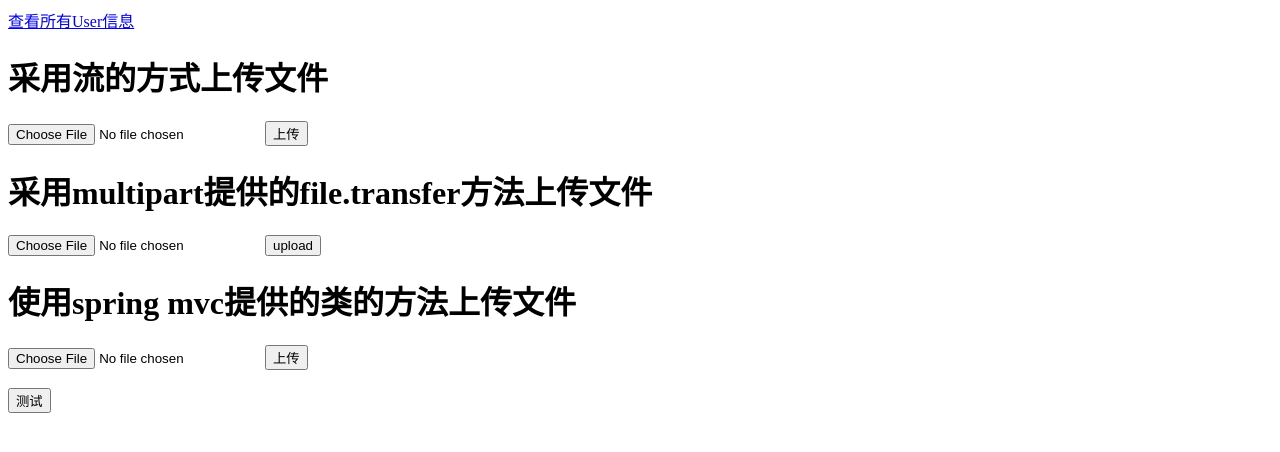
Repository: gongzheng-java/ProjectExample
Page: http://localhost/SpringMVC/
The author's editor kept a copy of each file at every save. The page is drawn from the files as they stood at one save, then again after the next save.
The browser window is 1280 px wide. The pictures show the whole page.
The page is served by Tomcat 9. Nobody is signed in. The application's start-up code is not run. Other server files are loaded and not shown.

Above is the page before, as saved 2019-03-03 03:25:34.

### Mybatis&springMVC Space/SpringMVC/WebRoot/index.jsp
<%@ page language="java" contentType="text/html; charset=utf-8"
    pageEncoding="UTF-8"%>
<!DOCTYPE html PUBLIC "-//W3C//DTD HTML 4.01 Transitional//EN" "http://www.w3.org/TR/html4/loose.dtd">
<html>
<head>
<meta http-equiv="Content-Type" content="text/html; charset=utf-8">
<script type="text/javascript"  src="js/jquery.min.js"></script>
<title>Insert title here</title>
</head>
<body>

<a href="User/findUserList">查看所有User信息</a>
<%-- <jsp:forward page="User/test"></jsp:forward> --%>

<!-- 文件上传 -->
<form name="serForm" action="SpringMVC006/fileUpload" method="post"  enctype="multipart/form-data">
<h1>采用流的方式上传文件</h1>
<input class="up" type="file" name="file" id="up">
<input type="submit" value="上传"/>
</form>

<form name="Form2" action="SpringMVC006/fileUpload2" method="post"  enctype="multipart/form-data">
<h1>采用multipart提供的file.transfer方法上传文件</h1>
<input type="file" name="file">
<input class="up" type="submit" value="upload"/>
</form>

<form name="Form2" action="SpringMVC006/springUpload" method="post"  enctype="multipart/form-data">
<h1>使用spring mvc提供的类的方法上传文件</h1>
<input type="file" name="file">
<input class="up" type="submit" value="上传"/>

</form>
<br>
<button id="np" onclick="btn()">测试</button>
</body>

<script type="text/javascript">

   function btn(){
	 /*   alert(13132);
	   //$("input.up").val();
	  var name= $("#up").val();
	  if(name!=null){
		  alert(110);
	  }else{
		  alert(120);
	  } */


	   if(document.getElementById("up").value == null || document.getElementById("up").value == ""){
	           alert("请选择上传文件");
	   }
   }


</script>
</html>

Loaded but not shown: Mybatis&springMVC Space/SpringMVC/WebRoot/js/jquery.min.js (library)

After the next save:
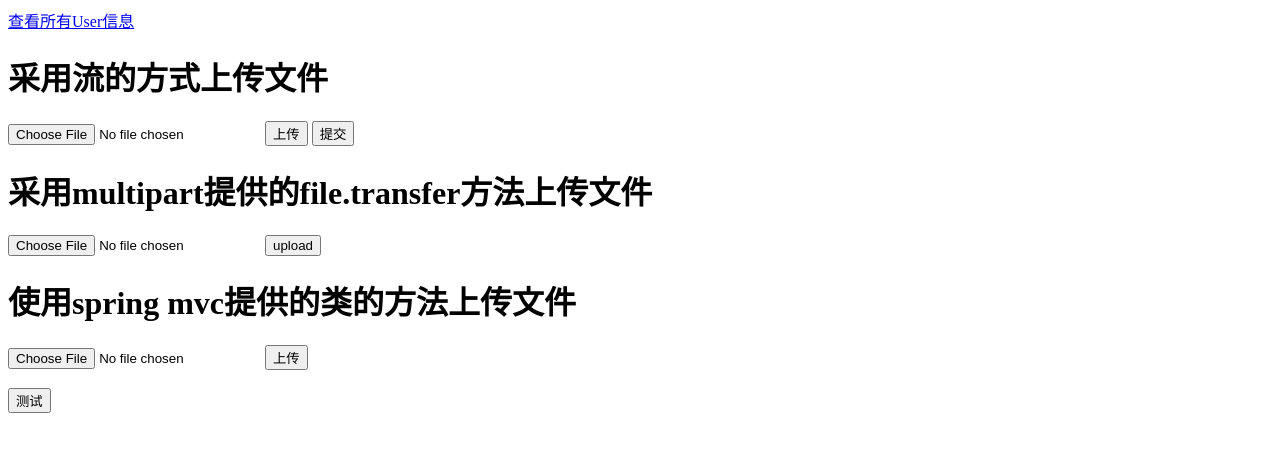
Saved 4 min 17 s later.
--- a/Mybatis&springMVC Space/SpringMVC/WebRoot/index.jsp
+++ b/Mybatis&springMVC Space/SpringMVC/WebRoot/index.jsp
@@ -17,6 +17,7 @@
 <h1>采用流的方式上传文件</h1>
 <input class="up" type="file" name="file" id="up">
 <input type="submit" value="上传"/>
+<input type="button" name="submit" value="提交" onclick="doSubmit()">
 </form>
 
 <form name="Form2" action="SpringMVC006/fileUpload2" method="post"  enctype="multipart/form-data">
